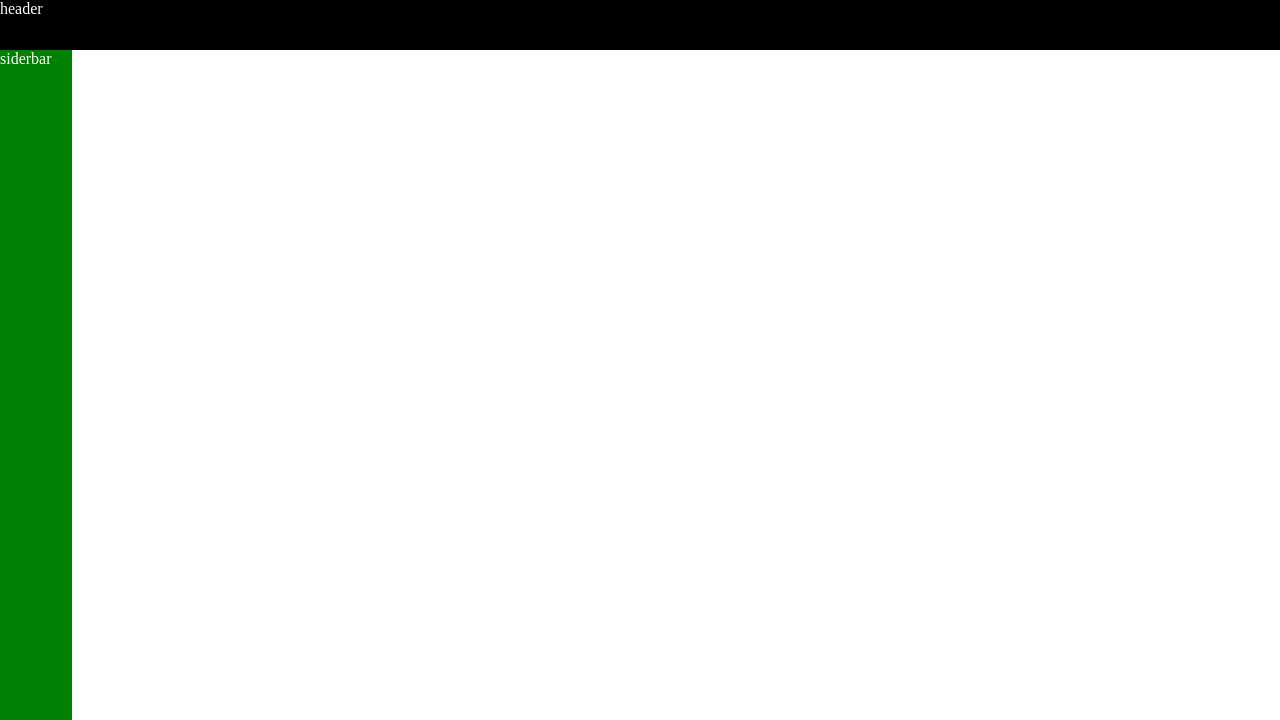
Repository: knowledgeAlan/html-css-fourteen
Page: position.html
An editor plug-in stored every save of this project. The page is shown before and after the next save, followed by the edit.
The browser window is 1280 px wide. The pictures show the whole page.

Above is the page before, as saved 2024-03-22 18:07:02.

After the next save:
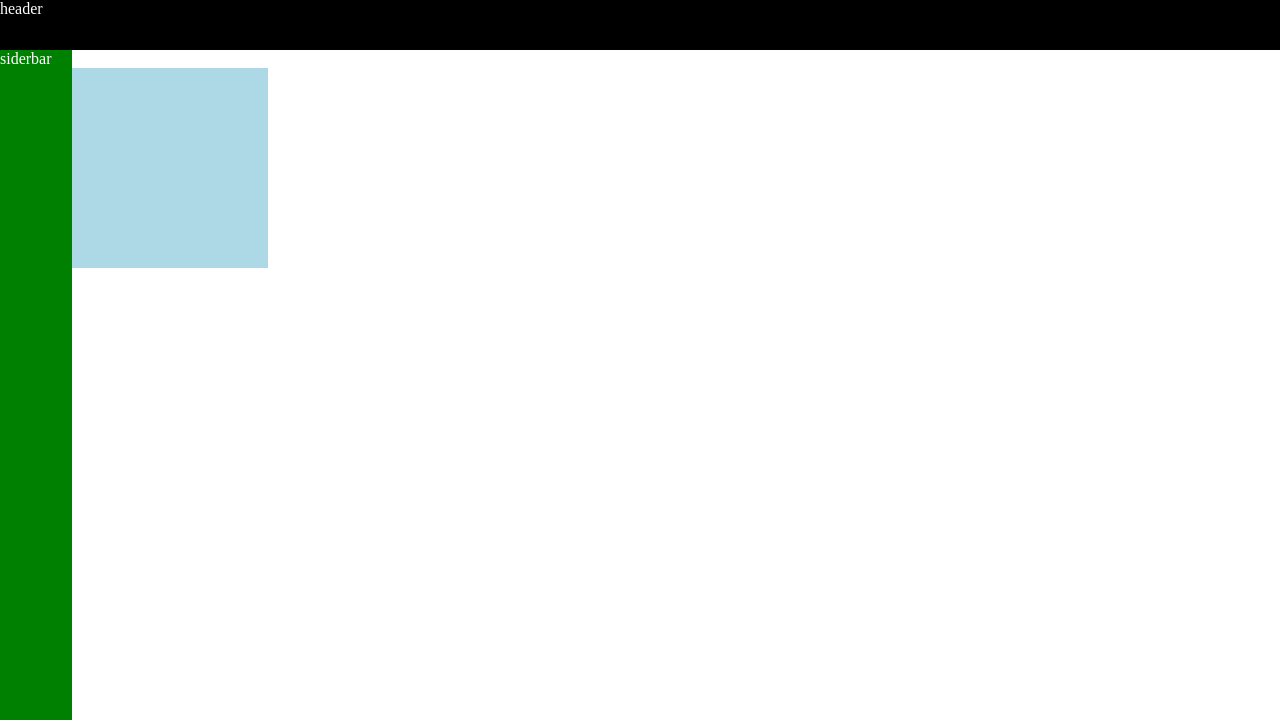
Saved 80 s later.
--- a/position.html
+++ b/position.html
@@ -38,6 +38,15 @@
     siderbar
     </div>
 
+
+    <div style="
+        background-color: lightblue;
+        height: 200px;
+        width: 200px;
+        position: static;
+    ">
+
+    </div>
     </body>
 
 </html>
